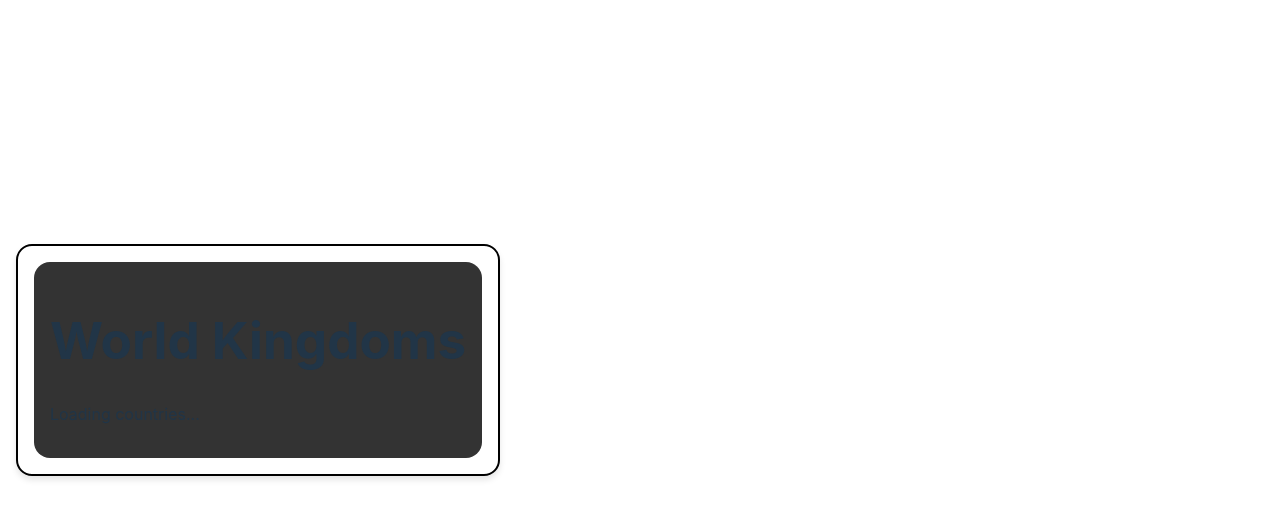
Repository: MelissaJacobi/lab-07
Page: /
The author's editor kept a copy of each file at every save. The page is drawn from the files as they stood at one save, then again after the next save.
The browser window is 1280 px wide. The pictures show the whole page.
The page's requests for data from a server got no answer. The project was rebuilt for these pictures with package versions that can differ from the ones it lists, and the page was loaded fresh each time. No one was signed in, and anything a server would have sent is missing. Also part of the build but not shown: vite.config.js, src/components/Details.module.css, src/components/Details.jsx.

Above is the page before, as saved 2024-11-23 22:28:07.

### src/App.jsx
import { BrowserRouter as Router, Routes, Route } from "react-router-dom";
import Countries from "./components/Countries";
import Details from "./components/Details";

function App() {
  return (
    <Router>
      <Routes>
        <Route path="/" element={<Countries />}>
          <Route path="countries/:cca2" element={<Details />} />
        </Route>
        <Route path="countries" element={<Countries />} />
      </Routes>
    </Router>
  );
}

export default App;

### src/components/Countries.jsx
import { useEffect, useState } from "react";
import { useNavigate, Outlet } from "react-router-dom";
import styles from "./Countries.module.css"

const Countries = () => {
  const [countries, setCountries] = useState([]);
  const [loading, setLoading] = useState(true);
  const navigate = useNavigate();

  useEffect(() => {
    fetch("https://restcountries.com/v3.1/name/kingdom")
      .then((response) => response.json())
      .then((data) => {
        setCountries(data);
        setLoading(false);
      })
      .catch((error) => console.error("Error fetching data:", error));
  }, []);

  const handleSelection = (event) => {
    const selectedCountry = countries.find(
      (country) => country.cca2 === event.target.value
    );
    if (selectedCountry) {
      navigate(`/countries/${selectedCountry.cca2}`, { state: { data: selectedCountry } });
    }
  };

  return (
    <div className={styles.container}>
        <div className={styles.containerSmol}>
            <h1>World Kingdoms</h1>
            {loading ? (
                <p>Loading countries...</p>
            ) : (
                <select
                onChange={handleSelection}
                defaultValue=""
                className={styles.dropDown}
                >
                <option value="" disabled>
                    Select a country
                </option>
                {countries.map((country) => (
                    <option key={country.cca2} value={country.cca2}>
                    {country.name.common}
                    </option>
                ))}
                </select>
            )}
        </div>

      <Outlet />
    </div>
  );
};

export default Countries;

### src/components/Countries.module.css
.container {
    border: 2px solid black;
    margin: 1rem;
    display: flex;
    justify-content: center;
    padding: 1rem;
    border-radius: 1rem;
    box-shadow: 0 4px 6px rgba(0, 0, 0, 0.1);
}

.dropDown {
    width: 100%;
    padding: 10px 15px;
    border: 1px solid #ccc;
    border-radius: 8px;
    background-color: #f9f9f9;
    color: #333;
    font-size: 16px;
    cursor: pointer;
    appearance: none; /* Remove default browser styles */
    -webkit-appearance: none;
    -moz-appearance: none;
    transition: border-color 0.3s, box-shadow 0.3s;
}

.containerSmol {
    background-color: #333;
    padding: 1rem;
    border-radius: 1rem;
}

Loaded but not shown: index.html (common file); src/main.jsx (common file); src/index.css (common file)

After the next save:
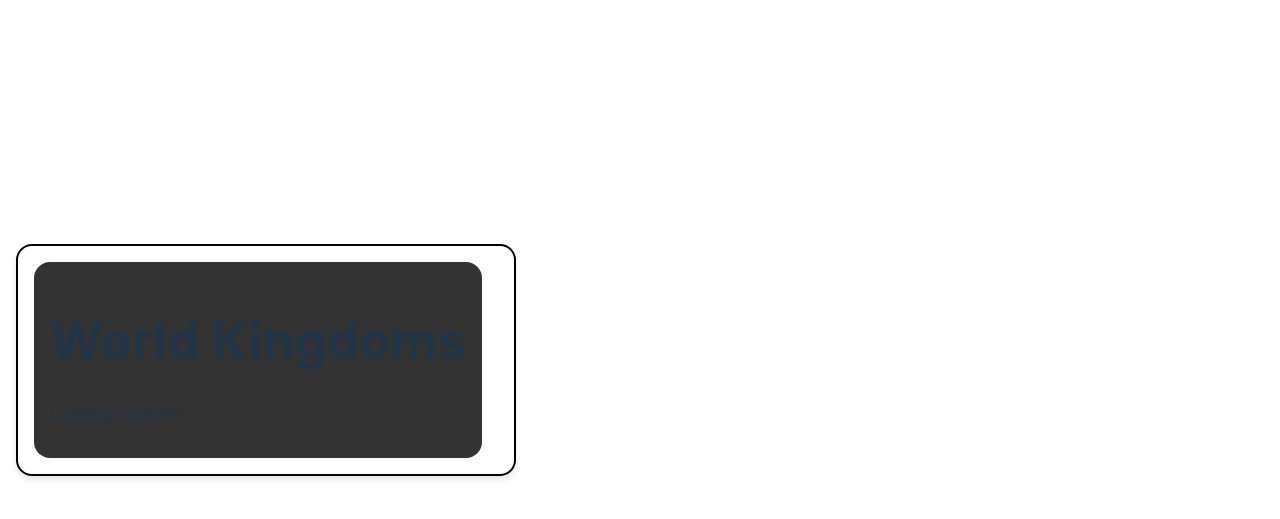
Saved 9 s later.
--- a/src/components/Countries.module.css
+++ b/src/components/Countries.module.css
@@ -27,4 +27,5 @@
     background-color: #333;
     padding: 1rem;
     border-radius: 1rem;
+    margin-right: 1rem;
 }
